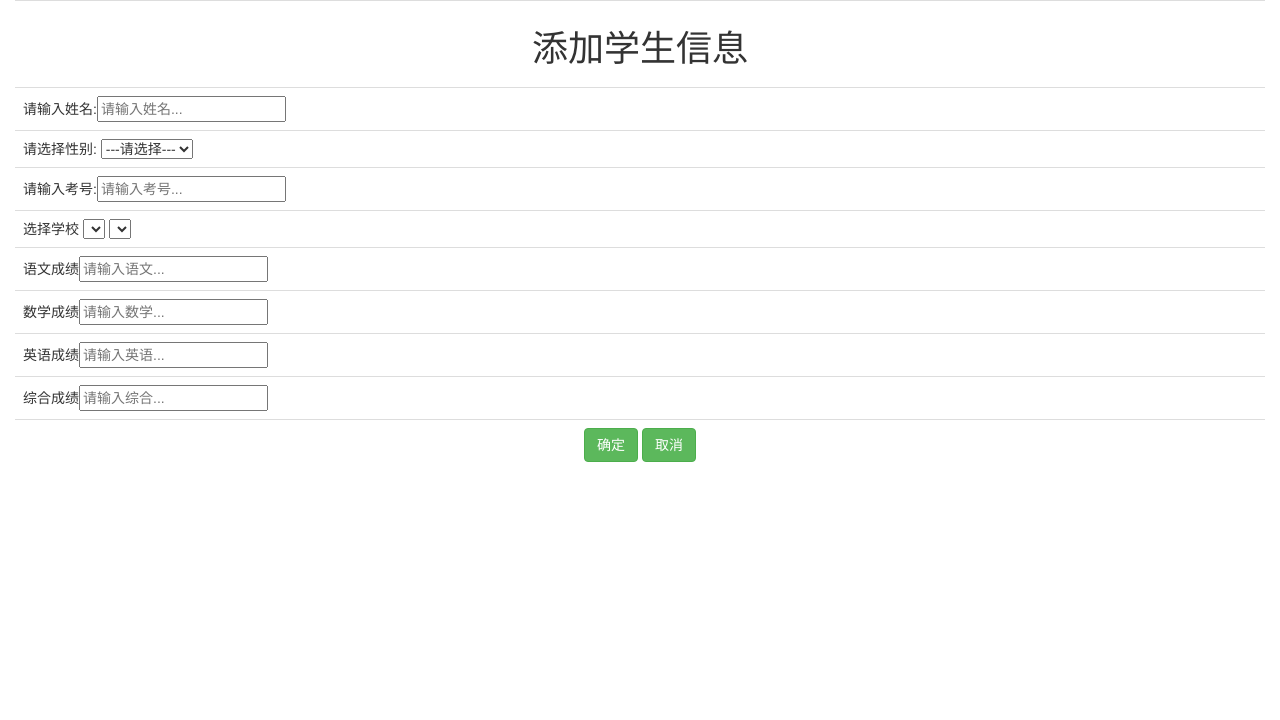
Repository: HelloChuang/HelloChuang-EclipseWorkSpace
Page: http://localhost/SpringMVCFight/stu_add.jsp
An editor plug-in stored every save of this project. The page is shown before and after the next save, followed by the edit.
The browser window is 1280 px wide. The pictures show the whole page.
The page is served by Tomcat 9. Nobody is signed in. The application's start-up code is not run.

Above is the page before, as saved 2018-11-05 12:01:06.

After the next save:
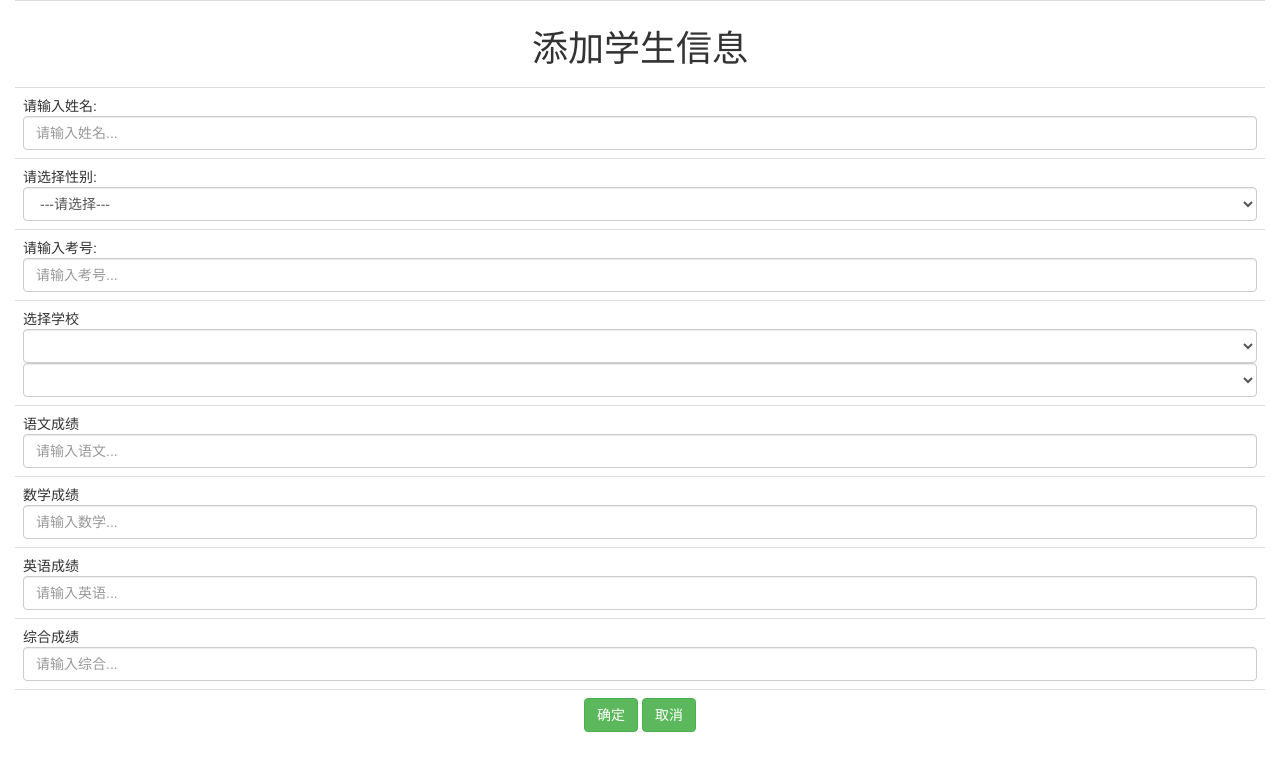
Saved 75 s later.
--- a/EclipseWorkSpace/SpringMVCFight/src/main/webapp/stu_add.jsp
+++ b/EclipseWorkSpace/SpringMVCFight/src/main/webapp/stu_add.jsp
@@ -18,34 +18,34 @@
 	<form action="stuAdd" method="post" class="col-xs-12">
 		<table class="table table-hover">
 		<tr align="center" ><td><h1>添加学生信息</h1></td></tr>
-				<tr class="sucess"><td>请输入姓名:<input type="text" name="sname" required placeholder="请输入姓名..."/></td></tr>
+				<tr class="sucess"><td>请输入姓名:<input class="form-control"type="text" name="sname" required placeholder="请输入姓名..."/></td></tr>
 
 				<tr class="sucess"><td>请选择性别:
-				<select name="sex">
+				<select name="sex" class="form-control">
 				<option >---请选择---</option>
 				<option value="1">男</option>
 				<option value="0">女</option>
 				</select>
 
 				</td></tr>
-				<tr class="sucess"><td>请输入考号:<input type="number" name="examnum" required placeholder="请输入考号..."/></td></tr>
+				<tr class="sucess"><td>请输入考号:<input class="form-control"type="number" name="examnum" required placeholder="请输入考号..."/></td></tr>
 
 
 				<tr class="sucess">
 				<td>选择学校
-				<select name="aname">
+				<select name="aname" class="form-control">
 				</select>
-				<select name="scname">
+				<select name="scname"class="form-control">
 				</select>
 				</td>
 				</tr>
 
 
 
-				<tr class="sucess"><td>语文成绩<input type="number" name="scores['语文']" required placeholder="请输入语文..."/></td></tr>
-				<tr class="sucess"><td>数学成绩<input type="number" name="scores['数学']" required placeholder="请输入数学..."/></td></tr>
-				<tr class="sucess"><td>英语成绩<input type="number" name="scores['英语']" required placeholder="请输入英语..."/></td></tr>
-				<tr class="sucess"><td>综合成绩<input type="number" name="scores['综合']" required placeholder="请输入综合..."/></td></tr>
+				<tr class="sucess"><td>语文成绩<input class="form-control"type="number" name="scores['语文']" required placeholder="请输入语文..."/></td></tr>
+				<tr class="sucess"><td>数学成绩<input class="form-control"type="number" name="scores['数学']" required placeholder="请输入数学..."/></td></tr>
+				<tr class="sucess"><td>英语成绩<input class="form-control"type="number" name="scores['英语']" required placeholder="请输入英语..."/></td></tr>
+				<tr class="sucess"><td>综合成绩<input class="form-control"type="number" name="scores['综合']" required placeholder="请输入综合..."/></td></tr>
 
 				<tr align="center"><td>
 				<button class="btn btn-success" type="submit">确定</button>
